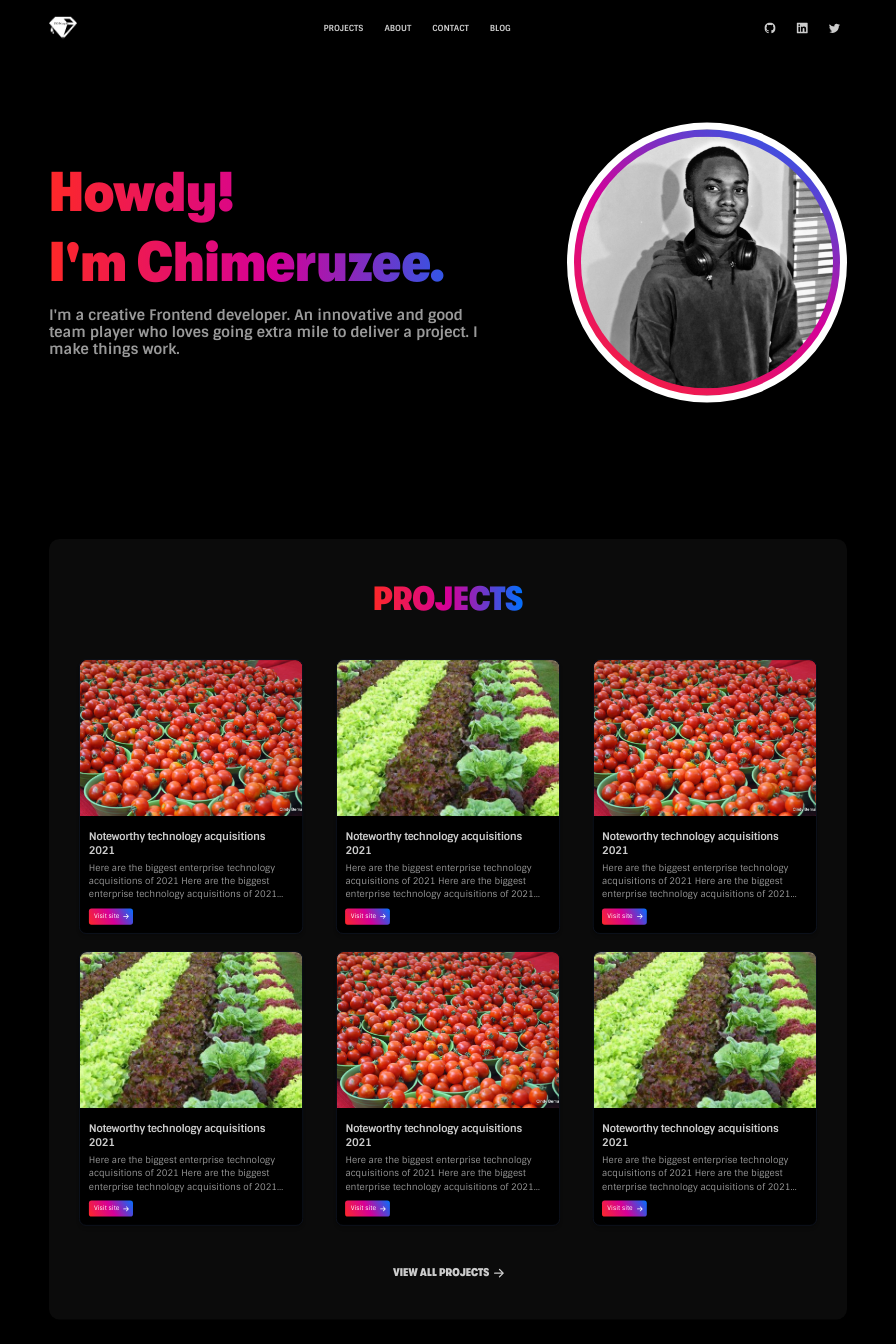
Repository: Ehceyn/ChimeruzeePortfolio
Page: /
These files come from the project's save history. The page is drawn as it stood at one moment and after the next save; the edit follows.
The browser window is 1280 px wide. The pictures show the part of the page from y = 0 to 1920 px (the page is 2801 px tall), at 70% of full size.
The project was rebuilt for these pictures with package versions that can differ from the ones it lists, and the page was loaded fresh each time. The framework's server and built-in components were replaced by stand-ins that run in the browser. Also part of the build but not shown: next.config.js.

Above is the page before, as saved 2022-07-04 21:44:14.

### pages/_app.js
import Layout from "../src/components/Layout/Layout";
import "../styles/global.css";

function MyApp({ Component, pageProps }) {
  return (
    <Layout>
      <Component {...pageProps} />
    </Layout>
  );
}

export default MyApp;

### pages/index.js
import MetaHead from "../src/components/MetaHead/MetaHead";
import Header from "../src/components/Header/Header";
import Hero from "../src/components/Hero/Hero";
import Projects from "../src/components/Projects/Projects";
import Technologies from "../src/components/Technologies/Technologies";
import Timeline from "../src/components/Timeline/Timeline";
import Accomplishments from "../src/components/Accomplishments/Accomplishments";
import Contact from "../src/components/Contact/Contact";
import Footer from "../src/components/Footer/Footer";

export default function Home() {
  return (
    <>
      <MetaHead
        title="Chimeruzee | Front-end developer"
        contentKeyword="web development, react development, frontend development, web design, programming"
        contentDescription="A Web designer and developer's portfolio"
      />
      <Header />
      <Hero />
      <Projects />
      <Technologies />
      <Timeline />
      <Accomplishments />
      <Contact />
      <Footer />
    </>
  );
}

### src/components/Layout/Layout.js
import React from "react";

function Layout({ children }) {
  return <>{children}</>;
}

export default Layout;

### styles/global.css
@font-face {
  font-family: GTWalsheimPro;
  src: url(/fonts/GTWalsheimPro-CondensedBlack/GTWalsheimPro-CondensedBlack.ttf); /* IE9 Compat Modes */
  src: url(/fonts/GTWalsheimPro-CondensedBlack/GTWalsheimPro-CondensedBlack.ttf?iefix)
      format("embedded-opentype") /* IE6-IE8 */,
    url(/fonts/GTWalsheimPro-CondensedBlack/GTWalsheimPro-CondensedBlack.woff)
      format("woff") /* Super Modern Browsers */,
    url(/fonts/GTWalsheimPro-CondensedBlack/GTWalsheimPro-CondensedBlack.woff2)
      format("woff2") /* Pretty Modern Browsers */,
    url(/fonts/GTWalsheimPro-CondensedBlack/GTWalsheimPro-CondensedBlack.ttf)
      format("truetype"); /* Safari, Android, iOS */
  font-weight: 900;
  font-style: normal;
}

@font-face {
  font-family: Sintony-Bold;
  src: url(/fonts/Sintony/Sintony-Bold.ttf); /* IE9 Compat Modes */
  font-style: normal;
}

@font-face {
  font-family: Sintony-Regular;
  src: url(/fonts/Sintony/Sintony-Regular.ttf); /* IE9 Compat Modes */
  font-style: normal;
}

@tailwind base;
@tailwind components;
@tailwind utilities;

* {
  box-sizing: border-box;
  margin: 0;
  padding: 0;
}
html {
  font-size: 62.5%;
  scroll-behavior: smooth;
  background: black;
}
body {
  font-family: Sintony-Regular, "Segoe UI", sans-serif;
  font-size: 1.6rem;
  background: black;
  color: #ccc;
  cursor: default;
  max-width: 1700px;
  margin: auto;
}
h1 {
  display: flex;
  align-items: center;
  width: 100%;
  height: fit-content;
  font-size: 5em;
  color: gray;
  background: -webkit-linear-gradient(180deg, #0070fdff, #d50098ff, #fd2828);
  -webkit-background-clip: text;
  -webkit-text-fill-color: transparent;
  flex-wrap: wrap;
}
h2 {
  display: flex;
  align-items: center;
  width: fit-content;
  height: fit-content;
  font-size: 3em;
  color: gray;
  background: -webkit-linear-gradient(180deg, #0070fdff, #d50098ff, #fd2828);
  -webkit-background-clip: text;
  -webkit-text-fill-color: transparent;
  flex-wrap: wrap;
}
h3 {
  font-family: Sintony-Bold, "Segoe UI", sans-serif;
  font-size: 1.3em;
  line-height: 1.2;
  color: #999;
}

h4 {
  font-family: Sintony-Bold, "Segoe UI", sans-serif;
  font-size: 1.3em;
  line-height: 1.2;
}

p {
  font-size: 0.8em;
  color: #999;
  line-height: 1.5;
}

h1,
h2,
h5,
h6,
button {
  font-family: GTWalsheimPro, "Segoe UI", sans-serif;
}

.card-text {
  overflow: hidden;
  text-overflow: ellipsis;
  display: -webkit-box;
  -webkit-line-clamp: 3; /* number of lines to show */
  -webkit-box-orient: vertical;
}

nav .navlinks {
  display: flex;
  align-items: center;
  width: fit-content;
  height: inherit;
  text-transform: uppercase;
  font-size: 12px;
  font-family: Sintony-Bold, "Segoe UI", sans-serif;
  cursor: pointer;
}

nav .navlinks:focus {
  color: #0070fdff;
}

a {
  text-decoration: none;
}
li {
  list-style: none;
}

.sectionStyle {
  display: flex;
  align-items: center;
  width: 100%;
  height: fit-content;
  padding: 30px 100px;
}

/* Linear Gradient background for hero image */
.background {
  background: -webkit-linear-gradient(210deg, #0070fdff, #d50098ff, #fd2828);
}
/* Linear Gradient Border for hero image */
.border-gradient {
  background: linear-gradient(210deg, #0070fdff, #d50098ff, #fd2828) border-box,
    linear-gradient(210deg, #0070fdff, #d50098ff, #fd2828) padding-box;
}

.hero {
  /* position: relative; */
  z-index: 10;
  background-color: rgba(179, 174, 174, 0.562);
}

/* .hero::before {
  content: "";
  background-size: cover;
  position: absolute;
  z-index: -1;
  top: 0px;
  right: 0px;
  bottom: 0px;
  left: 0px;
  opacity: 0.95;
  background: url("/images/meruz-bw.jpg") no-repeat center/cover;
} */

/*
   accent1: "hsl(34.9,98.6%,72.9%)",
    button: "hsl(205.1,100%,36.1%)",
    background2: "hsl(232.7,27.3%,23.7%)", */

### src/components/MetaHead/MetaHead.js
import Head from "next/head";

import React from "react";

function MetaHead(props) {
  return (
    <Head>
      <title>{props.title}</title>
      <meta name="description" content={props.contentKeyword} />
      <meta name="keywords" content={props.contentDescription} />
      <link rel="icon" href="/favicon.ico" />
    </Head>
  );
}

export default MetaHead;

### src/components/Header/Header.js
import React from "react";
import { BsGithub, BsLinkedin, BsTwitter } from "react-icons/bs";

import Image from "next/image";

function Header() {
  return (
    <header className="flex items-center justify-center w-full h-[80px] px-[70px] fixed bg-[#000000a2] backdrop-blur-md shadow-sm t-0 inset-x-0 z-30">
      <div className="flex items-center justify-between w-[inherit] h-[inherit]">
        <Image
          src="/images/immersewhite.png"
          height="40px"
          width="40px"
          alt="Logo"
          objectFit="contain"
        />
        <nav className="flex items-center w-fit h-fit space-x-4">
          <article className="navlinks hover:bg-[#2020205b] p-4 hover:rounded-lg hover:scale-105 active:scale-100 transition-all duration-200">
            Projects
          </article>
          <article className="navlinks hover:bg-[#2020205b] p-4 hover:rounded-lg hover:scale-105 active:scale-100 transition-all duration-200">
            About
          </article>
          <article className="navlinks hover:bg-[#2020205b] p-4 hover:rounded-lg hover:scale-105 active:scale-100 transition-all duration-200">
            Contact
          </article>
          <article className="navlinks hover:bg-[#2020205b] p-4 hover:rounded-lg hover:scale-105 active:scale-100 transition-all duration-200">
            Blog
          </article>
        </nav>
        <div className="flex items-center w-fit h-[inherit] space-x-4">
          <article className="cursor-pointer hover:bg-[#2020205b] p-4 hover:rounded-lg hover:scale-105 active:scale-100 transition-all duration-200">
            <BsGithub className="text-[#ccc] text-[16px]" />
          </article>
          <article className="cursor-pointer hover:bg-[#2020205b] p-4 hover:rounded-lg hover:scale-105 active:scale-100 transition-all duration-200">
            {" "}
            <BsLinkedin className="text-[#ccc] text-[16px]" />
          </article>
          <article className="cursor-pointer hover:bg-[#2020205b] p-4 hover:rounded-lg hover:scale-105 active:scale-100 transition-all duration-200">
            {" "}
            <BsTwitter className="text-[#ccc] text-[16px]" />
          </article>
        </div>
      </div>
    </header>
  );
}

export default Header;

### src/components/Hero/Hero.js
import Image from "next/image";
import React from "react";

function Hero() {
  return (
    <section className="flex justify-between items-center w-full h-[100vh]  pt-[80px] pb-20 px-[70px] ">
      {/* <video
        src="/video/vid.mp4"
        className="absolute t-0 inset-x-0 "
        autoPlay
        loop
        muted
      ></video> */}
      <div className="w-fit leading-tight mr-[100px]">
        <h1>Howdy! </h1>
        <h1>I&apos;m Chimeruzee.</h1>
        <h3 className="flex items-center w-fit max-w-[800px] h-fit py-5 ">
          I&apos;m a creative Frontend developer. An innovative and good team
          player who loves going extra mile to deliver a project. I make things
          work.
        </h3>
      </div>
      <div className="max-w-[400px] min-w-[400px] object-contain ">
        <div className="border-[10px] border-gradient border-white rounded-full object-cover flex justify-center items-center p-[10px] ">
          <Image
            src="/images/meruz-bw.jpg"
            width="400"
            height="400"
            alt="Chimeruzee"
            objectFit="cover"
            className="rounded-full background"
          />
        </div>
      </div>
    </section>
  );
}

export default Hero;

### src/components/Projects/Projects.js
import React from "react";
import Image from "next/image";

function Projects() {
  return (
    <section className="px-[70px] mt-20">
      <div className=" w-full min-h-[80vh] h-fit bg-[#2020205b] rounded-3xl py-20">
        <article className="w-full flex justify-center mb-20">
          <h2>PROJECTS</h2>
        </article>
        {/* All project cards */}
        <div className="w-full grid grid-cols-1 md:grid-cols-3 gap-x-4 gap-y-10 px-10">
          {[
            { src: "/images/test1.jpg", name: "HTML" },
            { src: "/images/test2.jpg", name: "CSS" },
            { src: "/images/test1.jpg", name: "HTML" },
            { src: "/images/test2.jpg", name: "CSS" },
            { src: "/images/test1.jpg", name: "HTML" },
            { src: "/images/test2.jpg", name: "CSS" },
          ].map((r) => (
            <div
              key={r.name}
              className="group max-w-lg bg-black w-[512px] overflow-hidden rounded-2xl border-[1px] border-gray-900 shadow-md object-cover mx-auto"
            >
              <a href="#">
                <Image
                  className="rounded-t-2xl group-hover:scale-105 transition-all duration-200"
                  src={r.src}
                  alt=""
                  width={500}
                  height={350}
                  objectFit="cover"
                />
              </a>
              <div className="p-5">
                <a href="#">
                  <h4 className="mb-2 text-2xl font-bold tracking-tight">
                    Noteworthy technology acquisitions 2021
                  </h4>
                </a>
                <p className="mb-3 w-[300px] h-30 card-text">
                  Here are the biggest enterprise technology acquisitions of
                  2021 Here are the biggest enterprise technology acquisitions
                  of 2021 technology acquisitions of 2021
                </p>
                <a
                  href="#"
                  className="inline-flex items-center py-2 px-3 text-sm font-medium text-center text-white focus:ring-4 focus:outline-none background rounded-md"
                >
                  Visit site
                  <svg
                    className="ml-2 -mr-1 w-4 h-4 group-hover:translate-x-1 transition-all duration-200 ease-in-out"
                    fill="currentColor"
                    viewBox="0 0 20 20"
                    xmlns="http://www.w3.org/2000/svg"
                  >
                    <path
                      fillRule="evenodd"
                      d="M10.293 3.293a1 1 0 011.414 0l6 6a1 1 0 010 1.414l-6 6a1 1 0 01-1.414-1.414L14.586 11H3a1 1 0 110-2h11.586l-4.293-4.293a1 1 0 010-1.414z"
                      clipRule="evenodd"
                    ></path>
                  </svg>
                </a>
              </div>
            </div>
          ))}
        </div>
        <article className="w-full flex justify-center mt-20">
          <button className="group bg-transparent py-2 px-4 uppercase inline-flex items-center">
            View all projects
            <svg
              className="ml-2 -mr-1 w-7 h-7 group-hover:translate-x-1 transition-all duration-200"
              fill="currentColor"
              viewBox="0 0 20 20"
              xmlns="http://www.w3.org/2000/svg"
            >
              <path
                fillRule="evenodd"
                d="M10.293 3.293a1 1 0 011.414 0l6 6a1 1 0 010 1.414l-6 6a1 1 0 01-1.414-1.414L14.586 11H3a1 1 0 110-2h11.586l-4.293-4.293a1 1 0 010-1.414z"
                clipRule="evenodd"
              ></path>
            </svg>
          </button>
        </article>
      </div>
    </section>
  );
}

export default Projects;

### src/components/Technologies/Technologies.js
import React from "react";
import Image from "next/image";

function Technologies() {
  return (
    <section className="px-[70px]">
      <div className=" w-full min-h-[80vh] h-fit py-20">
        <article className="w-full flex justify-center mb-20">
          <h2>TECHNOLOGIES</h2>
        </article>
        <div className="w-full grid grid-cols-2 md:grid-cols-4 gap-x-4 gap-y-10 px-10">
          {[
            { src: "/images/html.png", name: "HTML" },
            { src: "/images/css.png", name: "CSS" },
            { src: "/images/js.png", name: "JavaScript" },
            { src: "/images/react.png", name: "react" },
            { src: "/images/nodejs.png", name: "nodeJS" },
            { src: "/images/nextjs.svg", name: "nextJS" },
            { src: "/images/GraphQL-logo.png", name: "graphQL" },
            { src: "/images/redux.png", name: "Redux" },
            { src: "/images/mongodb.png", name: "MongoDB" },
            { src: "/images/firebase.png", name: "Firebase" },
            { src: "/images/git.png", name: "Git" },
            { src: "/images/tailwind.png", name: "TailwindCss" },
          ].map((r, index) => (
            <div
              key={r.name}
              className="group flex flex-col justify-center items-center bg-[#2020205b] py-10 px-16 rounded-lg shadow-md mx-auto"
            >
              <Image
                src={r.src || "/images/GraphQL-logo.png"}
                alt=""
                width={100}
                height={100}
                objectFit="contain"
              />
              <h4 className="mt-5  text-2xl font-bold tracking-tight capitalize">
                {r.name}
              </h4>
            </div>
          ))}
        </div>
      </div>
    </section>
  );
}

export default Technologies;

### src/components/Timeline/Timeline.js
import React from "react";

function Timeline() {
  return <div>Timeline</div>;
}

export default Timeline;

### src/components/Accomplishments/Accomplishments.js
import React from "react";

function Accomplishments() {
  return <div>Accomplishments</div>;
}

export default Accomplishments;

### tailwind.config.js
/** @type {import('tailwindcss').Config} */
module.exports = {
  mode: "jit",
  content: ["./src/**/*.{js,jsx,ts,tsx}", "./pages/**/*.{js,jsx,ts,tsx}"],
  theme: {
    extend: {},
    screens: {
      xs: "460px",
      // => @media (min-width: 460px) { ... }
      sm: "640px",
      // => @media (min-width: 640px) { ... }

      md: "768px",
      // => @media (min-width: 768px) { ... }

      md2: "1000px",
      // => @media (min-width: 1000px) { ... }

      md3: "1124px",
      // => @media (min-width: 1124px) { ... }

      lg: "1024px",
      // => @media (min-width: 1024px) { ... }

      xl: "1280px",
      // => @media (min-width: 1280px) { ... }

      "2xl": "1536px",
      // => @media (min-width: 1536px) { ... }
    },
  },
  plugins: [],
};

### animations/animation.js
export const heroImage = {
  initial: {
    rotate: 0,
    // x: -100
  },
  animate: {
    rotate: 180,
    // x: 100
  },
  transition: {
    type: "tween",
    ease: "easeInOut",
    repeat: Infinity,
    repeatDelay: 1,
    duration: 2,
  },
};

Loaded but not shown: pages/_document.js (common file); src/components/Contact/Contact.js (common file); src/components/Footer/Footer.js (common file)

After the next save:
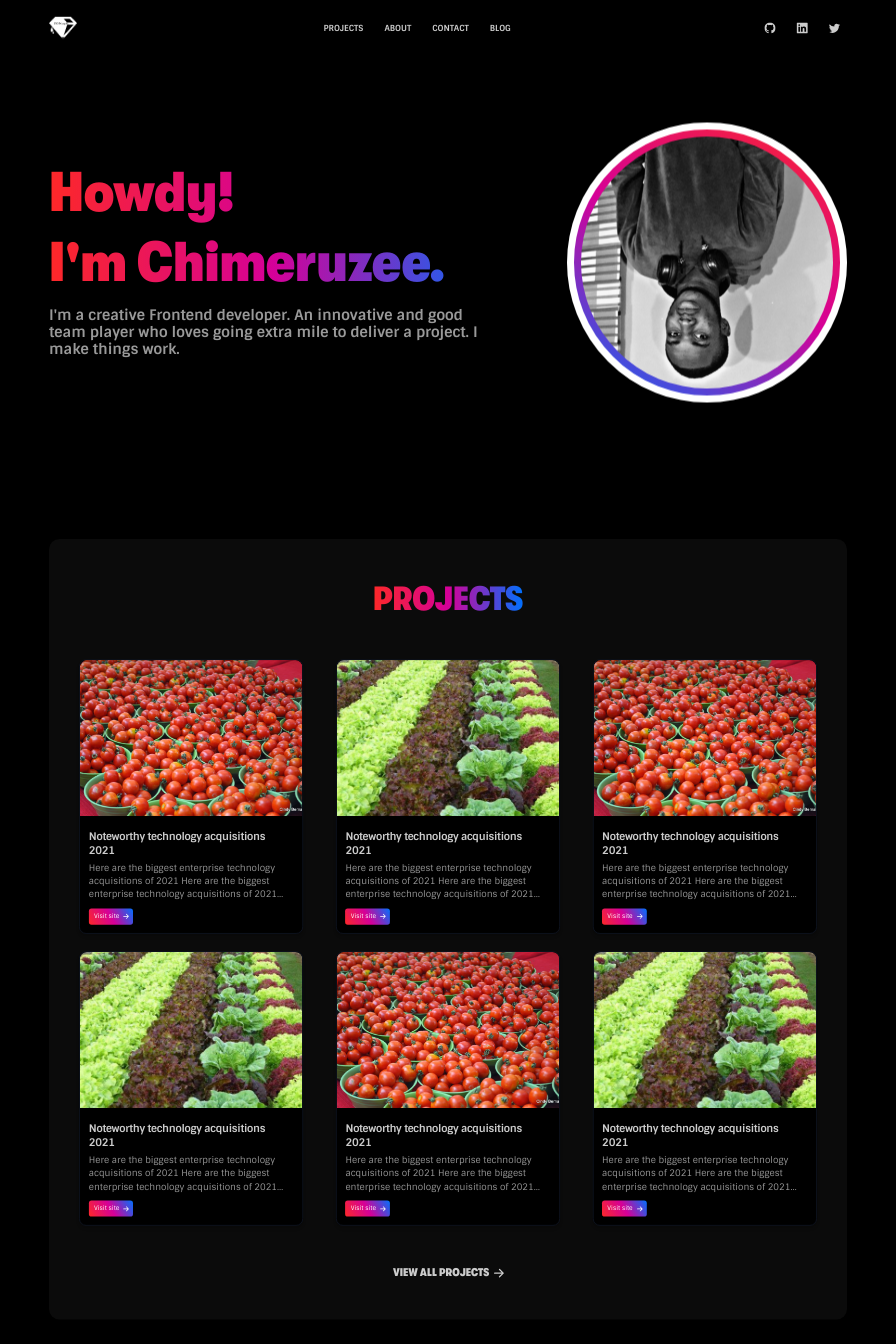
Saved 4 min 28 s later.
--- a/src/components/Hero/Hero.js
+++ b/src/components/Hero/Hero.js
@@ -1,5 +1,7 @@
+import { motion } from "framer-motion";
 import Image from "next/image";
 import React from "react";
+import { heroImage } from "../../../animations/animation";
 
 function Hero() {
   return (
@@ -21,7 +23,13 @@
         </h3>
       </div>
       <div className="max-w-[400px] min-w-[400px] object-contain ">
-        <div className="border-[10px] border-gradient border-white rounded-full object-cover flex justify-center items-center p-[10px] ">
+        <motion.div
+          variants={heroImage}
+          initial="initial"
+          animate="animate"
+          transition="transition"
+          className="border-[10px] border-gradient border-white rounded-full object-cover flex justify-center items-center p-[10px] "
+        >
           <Image
             src="/images/meruz-bw.jpg"
             width="400"
@@ -30,7 +38,7 @@
             objectFit="cover"
             className="rounded-full background"
           />
-        </div>
+        </motion.div>
       </div>
     </section>
   );
